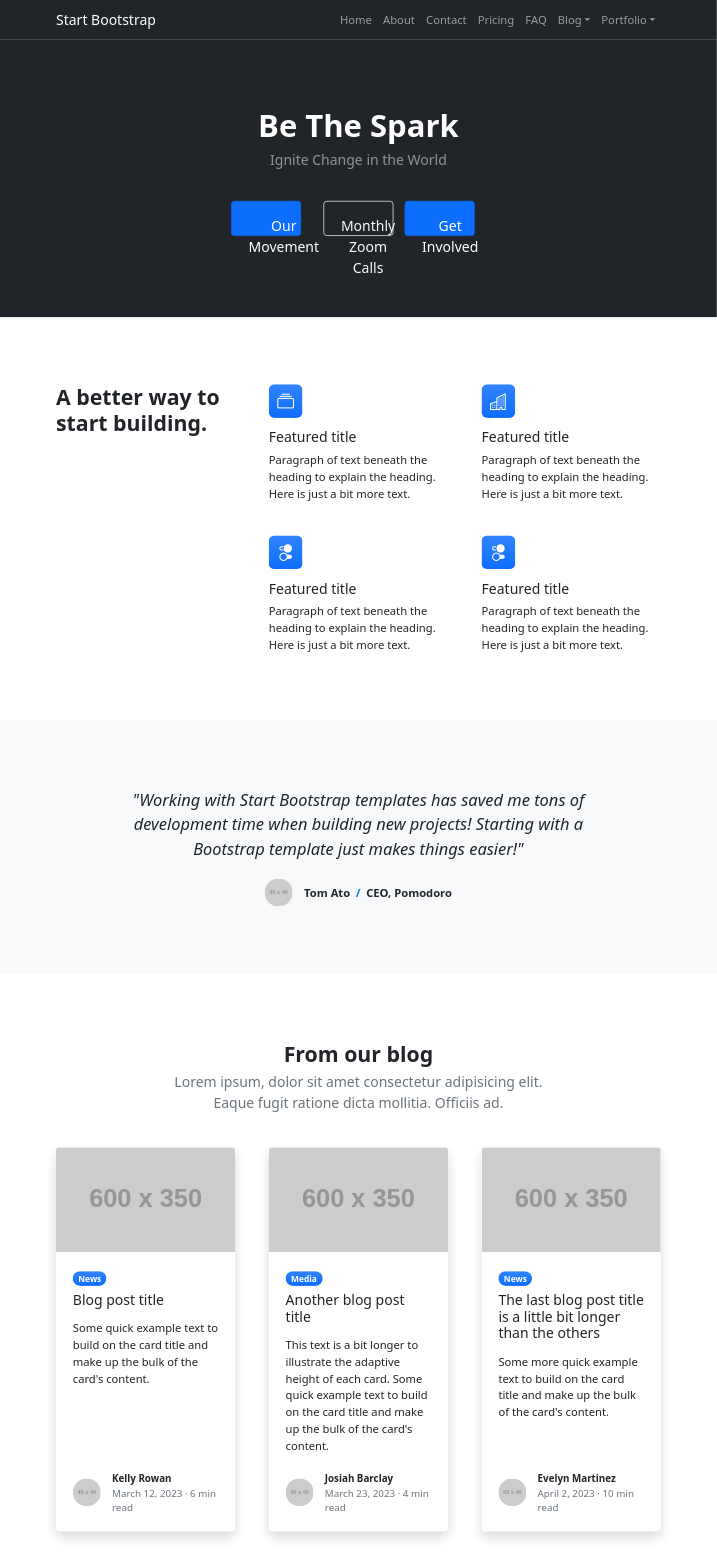
Repository: DragonFruit8/BeTheSpark
Page: index.html
The author's editor kept a copy of each file at every save. The page is drawn from the files as they stood at one save, then again after a run of saves.
The browser window is 1024 px wide. The pictures show the part of the page from y = 0 to 2240 px (the page is 2703 px tall before and 2753 px after), at 70% of full size.

Above is the page before, as saved 2024-01-05 08:34:04.

### index.html
<!DOCTYPE html>
<html lang="en">
    <head>
        <meta charset="utf-8" />
        <meta name="viewport" content="width=device-width, initial-scale=1, shrink-to-fit=no" />
        <meta name="description" content="" />
        <meta name="author" content="" />
        <title>Modern Business - Start Bootstrap Template</title>
        <!-- Favicon-->
        <link rel="icon" type="image/x-icon" href="assets/favicon.ico" />
        <!-- Bootstrap icons-->
        <link href="https://cdn.jsdelivr.net/npm/bootstrap-icons@1.5.0/font/bootstrap-icons.css" rel="stylesheet" />
        <!-- Core theme CSS (includes Bootstrap)-->
        <link href="css/styles.css" rel="stylesheet" />
        <link href="css/home.css" rel="stylesheet" />
    </head>
    <body class="d-flex flex-column h-100">
        <main class="flex-shrink-0">
            <!-- Navigation-->
            <nav class="navbar navbar-expand-lg navbar-dark bg-dark">
                <div class="container px-5">
                    <a class="navbar-brand" href="index.html">Start Bootstrap</a>
                    <button class="navbar-toggler" type="button" data-bs-toggle="collapse" data-bs-target="#navbarSupportedContent" aria-controls="navbarSupportedContent" aria-expanded="false" aria-label="Toggle navigation"><span class="navbar-toggler-icon"></span></button>
                    <div class="collapse navbar-collapse" id="navbarSupportedContent">
                        <ul class="navbar-nav ms-auto mb-2 mb-lg-0">
                            <li class="nav-item"><a class="nav-link" href="index.html">Home</a></li>
                            <li class="nav-item"><a class="nav-link" href="about.html">About</a></li>
                            <li class="nav-item"><a class="nav-link" href="contact.html">Contact</a></li>
                            <li class="nav-item"><a class="nav-link" href="pricing.html">Pricing</a></li>
                            <li class="nav-item"><a class="nav-link" href="faq.html">FAQ</a></li>
                            <li class="nav-item dropdown">
                                <a class="nav-link dropdown-toggle" id="navbarDropdownBlog" href="#" role="button" data-bs-toggle="dropdown" aria-expanded="false">Blog</a>
                                <ul class="dropdown-menu dropdown-menu-end" aria-labelledby="navbarDropdownBlog">
                                    <li><a class="dropdown-item" href="blog-home.html">Blog Home</a></li>
                                    <li><a class="dropdown-item" href="blog-post.html">Blog Post</a></li>
                                </ul>
                            </li>
                            <li class="nav-item dropdown">
                                <a class="nav-link dropdown-toggle" id="navbarDropdownPortfolio" href="#" role="button" data-bs-toggle="dropdown" aria-expanded="false">Portfolio</a>
                                <ul class="dropdown-menu dropdown-menu-end" aria-labelledby="navbarDropdownPortfolio">
                                    <li><a class="dropdown-item" href="portfolio-overview.html">Portfolio Overview</a></li>
                                    <li><a class="dropdown-item" href="portfolio-item.html">Portfolio Item</a></li>
                                </ul>
                            </li>
                        </ul>
                    </div>
                </div>
            </nav>
            <!-- Header-->
            <header class="bg-dark py-5">
                <div class="container px-5">
                    <div class="row gx-5 align-items-center justify-content-center">
                        <div class="col-lg-8 col-xl-10 col-xxl-12">
                            <div class="my-5 text-center text-xl-start">
                                <h1 class="display-5 fw-bolder text-white mb-2">Be The Spark</h1>
                                <p class="lead fw-normal text-white-50 mb-4">Ignite Change in the World</p>
                                <div id="CTA" class="d-grid gap-3 d-sm-flex justify-content-sm-center justify-content-xl-start">
                                    <a class="btn btn-primary btn-lg px-4 me-sm-3" href="#features">Our Movement</a>
                                    <a class="btn btn-outline-light btn-lg px-4" href="#!">Monthly Zoom Calls</a>
                                    <a class="btn btn-primary btn-lg px-4 me-sm-3" href="#features">Get Involved </a>
                                </div>
                            </div>
                        </div>
                        <!-- <div class="col-xl-5 col-xxl-6 d-none d-xl-block text-center"><img class="img-fluid rounded-3 my-5" src="https://dummyimage.com/600x400/343a40/6c757d" alt="..." /></div> -->
                    </div>
                </div>
            </header>
            <!-- Features section-->
            <section class="py-5" id="features">
                <div class="container px-5 my-5">
                    <div class="row gx-5">
                        <div class="col-lg-4 mb-5 mb-lg-0"><h2 class="fw-bolder mb-0">A better way to start building.</h2></div>
                        <div class="col-lg-8">
                            <div class="row gx-5 row-cols-1 row-cols-md-2">
                                <div class="col mb-5 h-100">
                                    <div class="feature bg-primary bg-gradient text-white rounded-3 mb-3"><i class="bi bi-collection"></i></div>
                                    <h2 class="h5">Featured title</h2>
                                    <p class="mb-0">Paragraph of text beneath the heading to explain the heading. Here is just a bit more text.</p>
                                </div>
                                <div class="col mb-5 h-100">
                                    <div class="feature bg-primary bg-gradient text-white rounded-3 mb-3"><i class="bi bi-building"></i></div>
                                    <h2 class="h5">Featured title</h2>
                                    <p class="mb-0">Paragraph of text beneath the heading to explain the heading. Here is just a bit more text.</p>
                                </div>
                                <div class="col mb-5 mb-md-0 h-100">
                                    <div class="feature bg-primary bg-gradient text-white rounded-3 mb-3"><i class="bi bi-toggles2"></i></div>
                                    <h2 class="h5">Featured title</h2>
                                    <p class="mb-0">Paragraph of text beneath the heading to explain the heading. Here is just a bit more text.</p>
                                </div>
                                <div class="col h-100">
                                    <div class="feature bg-primary bg-gradient text-white rounded-3 mb-3"><i class="bi bi-toggles2"></i></div>
                                    <h2 class="h5">Featured title</h2>
                                    <p class="mb-0">Paragraph of text beneath the heading to explain the heading. Here is just a bit more text.</p>
                                </div>
                            </div>
                        </div>
                    </div>
                </div>
            </section>
            <!-- Testimonial section-->
            <div class="py-5 bg-light">
                <div class="container px-5 my-5">
                    <div class="row gx-5 justify-content-center">
                        <div class="col-lg-10 col-xl-7">
                            <div class="text-center">
                                <div class="fs-4 mb-4 fst-italic">"Working with Start Bootstrap templates has saved me tons of development time when building new projects! Starting with a Bootstrap template just makes things easier!"</div>
                                <div class="d-flex align-items-center justify-content-center">
                                    <img class="rounded-circle me-3" src="https://dummyimage.com/40x40/ced4da/6c757d" alt="..." />
                                    <div class="fw-bold">
                                        Tom Ato
                                        <span class="fw-bold text-primary mx-1">/</span>
                                        CEO, Pomodoro
                                    </div>
                                </div>
                            </div>
                        </div>
                    </div>
                </div>
            </div>
            <!-- Blog preview section-->
            <section class="py-5">
                <div class="container px-5 my-5">
                    <div class="row gx-5 justify-content-center">
                        <div class="col-lg-8 col-xl-6">
                            <div class="text-center">
                                <h2 class="fw-bolder">From our blog</h2>
                                <p class="lead fw-normal text-muted mb-5">Lorem ipsum, dolor sit amet consectetur adipisicing elit. Eaque fugit ratione dicta mollitia. Officiis ad.</p>
                            </div>
                        </div>
                    </div>
                    <div class="row gx-5">
                        <div class="col-lg-4 mb-5">
                            <div class="card h-100 shadow border-0">
                                <img class="card-img-top" src="https://dummyimage.com/600x350/ced4da/6c757d" alt="..." />
                                <div class="card-body p-4">
                                    <div class="badge bg-primary bg-gradient rounded-pill mb-2">News</div>
                                    <a class="text-decoration-none link-dark stretched-link" href="#!"><h5 class="card-title mb-3">Blog post title</h5></a>
                                    <p class="card-text mb-0">Some quick example text to build on the card title and make up the bulk of the card's content.</p>
                                </div>
                                <div class="card-footer p-4 pt-0 bg-transparent border-top-0">
                                    <div class="d-flex align-items-end justify-content-between">
                                        <div class="d-flex align-items-center">
                                            <img class="rounded-circle me-3" src="https://dummyimage.com/40x40/ced4da/6c757d" alt="..." />
                                            <div class="small">
                                                <div class="fw-bold">Kelly Rowan</div>
                                                <div class="text-muted">March 12, 2023 &middot; 6 min read</div>
                                            </div>
                                        </div>
                                    </div>
                                </div>
                            </div>
                        </div>
                        <div class="col-lg-4 mb-5">
                            <div class="card h-100 shadow border-0">
                                <img class="card-img-top" src="https://dummyimage.com/600x350/adb5bd/495057" alt="..." />
                                <div class="card-body p-4">
                                    <div class="badge bg-primary bg-gradient rounded-pill mb-2">Media</div>
                                    <a class="text-decoration-none link-dark stretched-link" href="#!"><h5 class="card-title mb-3">Another blog post title</h5></a>
                                    <p class="card-text mb-0">This text is a bit longer to illustrate the adaptive height of each card. Some quick example text to build on the card title and make up the bulk of the card's content.</p>
                                </div>
                                <div class="card-footer p-4 pt-0 bg-transparent border-top-0">
                                    <div class="d-flex align-items-end justify-content-between">
                                        <div class="d-flex align-items-center">
                                            <img class="rounded-circle me-3" src="https://dummyimage.com/40x40/ced4da/6c757d" alt="..." />
                                            <div class="small">
                                                <div class="fw-bold">Josiah Barclay</div>
                                                <div class="text-muted">March 23, 2023 &middot; 4 min read</div>
                                            </div>
                                        </div>
                                    </div>
                                </div>
                            </div>
                        </div>
                        <div class="col-lg-4 mb-5">
                            <div class="card h-100 shadow border-0">
                                <img class="card-img-top" src="https://dummyimage.com/600x350/6c757d/343a40" alt="..." />
                                <div class="card-body p-4">
                                    <div class="badge bg-primary bg-gradient rounded-pill mb-2">News</div>
                                    <a class="text-decoration-none link-dark stretched-link" href="#!"><h5 class="card-title mb-3">The last blog post title is a little bit longer than the others</h5></a>
                                    <p class="card-text mb-0">Some more quick example text to build on the card title and make up the bulk of the card's content.</p>
                                </div>
                                <div class="card-footer p-4 pt-0 bg-transparent border-top-0">
                                    <div class="d-flex align-items-end justify-content-between">
                                        <div class="d-flex align-items-center">
                                            <img class="rounded-circle me-3" src="https://dummyimage.com/40x40/ced4da/6c757d" alt="..." />
                                            <div class="small">
                                                <div class="fw-bold">Evelyn Martinez</div>
                                                <div class="text-muted">April 2, 2023 &middot; 10 min read</div>
                                            </div>
                                        </div>
                                    </div>
                                </div>
                            </div>
                        </div>
                    </div>
                    <!-- Call to action-->
                    <aside class="bg-primary bg-gradient rounded-3 p-4 p-sm-5 mt-5">
                        <div class="d-flex align-items-center justify-content-between flex-column flex-xl-row text-center text-xl-start">
                            <div class="mb-4 mb-xl-0">
                                <div class="fs-3 fw-bold text-white">New products, delivered to you.</div>
                                <div class="text-white-50">Sign up for our newsletter for the latest updates.</div>
                            </div>
                            <div class="ms-xl-4">
                                <div class="input-group mb-2">
                                    <input class="form-control" type="text" placeholder="Email address..." aria-label="Email address..." aria-describedby="button-newsletter" />
                                    <button class="btn btn-outline-light" id="button-newsletter" type="button">Sign up</button>
                                </div>
                                <div class="small text-white-50">We care about privacy, and will never share your data.</div>
                            </div>
                        </div>
                    </aside>
                </div>
            </section>
        </main>
        <!-- Footer-->
        <footer class="bg-dark py-4 mt-auto">
            <div class="container px-5">
                <div class="row align-items-center justify-content-between flex-column flex-sm-row">
                    <div class="col-auto"><div class="small m-0 text-white">Copyright &copy; Your Website 2023</div></div>
                    <div class="col-auto">
                        <a class="link-light small" href="#!">Privacy</a>
                        <span class="text-white mx-1">&middot;</span>
                        <a class="link-light small" href="#!">Terms</a>
                        <span class="text-white mx-1">&middot;</span>
                        <a class="link-light small" href="#!">Contact</a>
                    </div>
                </div>
            </div>
        </footer>
        <!-- Bootstrap core JS-->
        <script src="https://cdn.jsdelivr.net/npm/bootstrap@5.2.3/dist/js/bootstrap.bundle.min.js"></script>
        <!-- Core theme JS-->
        <script src="js/scripts.js"></script>
    </body>
</html>

### css/home.css
#CTA a{
    display: flex;
    max-height:300px;
    max-width: 300px;
    padding: 20px;
    margin-top: 20px;
    margin-bottom: 20px;
    border-radius: 5px;
}

@media (min-width: 1080px) {
    #CTA > a{
        display: inline-flex;
        flex-direction: row;
        min-height:100px !important;
        min-width: 200px !important;
        padding: 20px;
        border-radius: 5px;
    }

}

@media (max-width: 1080px) and (min-width: 768px) {
    #CTA a{
        display: inline-flex;
        flex-direction: row;
        max-height:50px !important;
        max-width: 100px !important;
        border-radius: 5px;
    }
}

@media (min-width: 1080px) {
    #CTA a{
        display: inline-flex;
        flex-direction: row;
        min-height:100px;
        min-width: 200px;
        margin-top: 20px;
        margin-bottom: 20px;
        border-radius: 5px;
    }
}

Loaded but not shown: css/styles.css (library); js/scripts.js (common file)

After the next 3 saves:
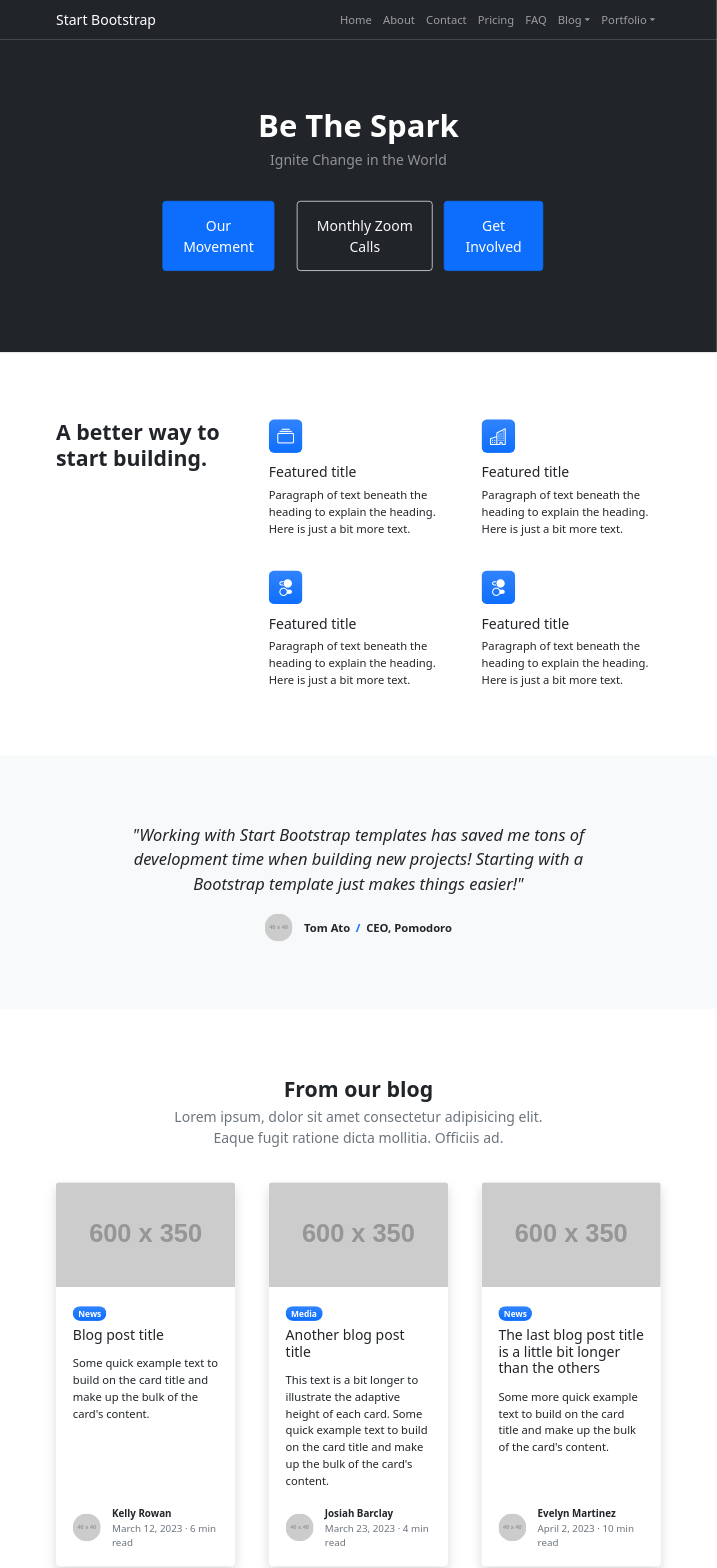
The 3 saves are shown as one change because they came seconds apart.
The last was saved 23 s later.
--- a/css/home.css
+++ b/css/home.css
@@ -24,8 +24,8 @@
     #CTA a{
         display: inline-flex;
         flex-direction: row;
-        max-height:50px !important;
-        max-width: 100px !important;
+        max-height:100px !important;
+        max-width: 200px !important;
         border-radius: 5px;
     }
 }
